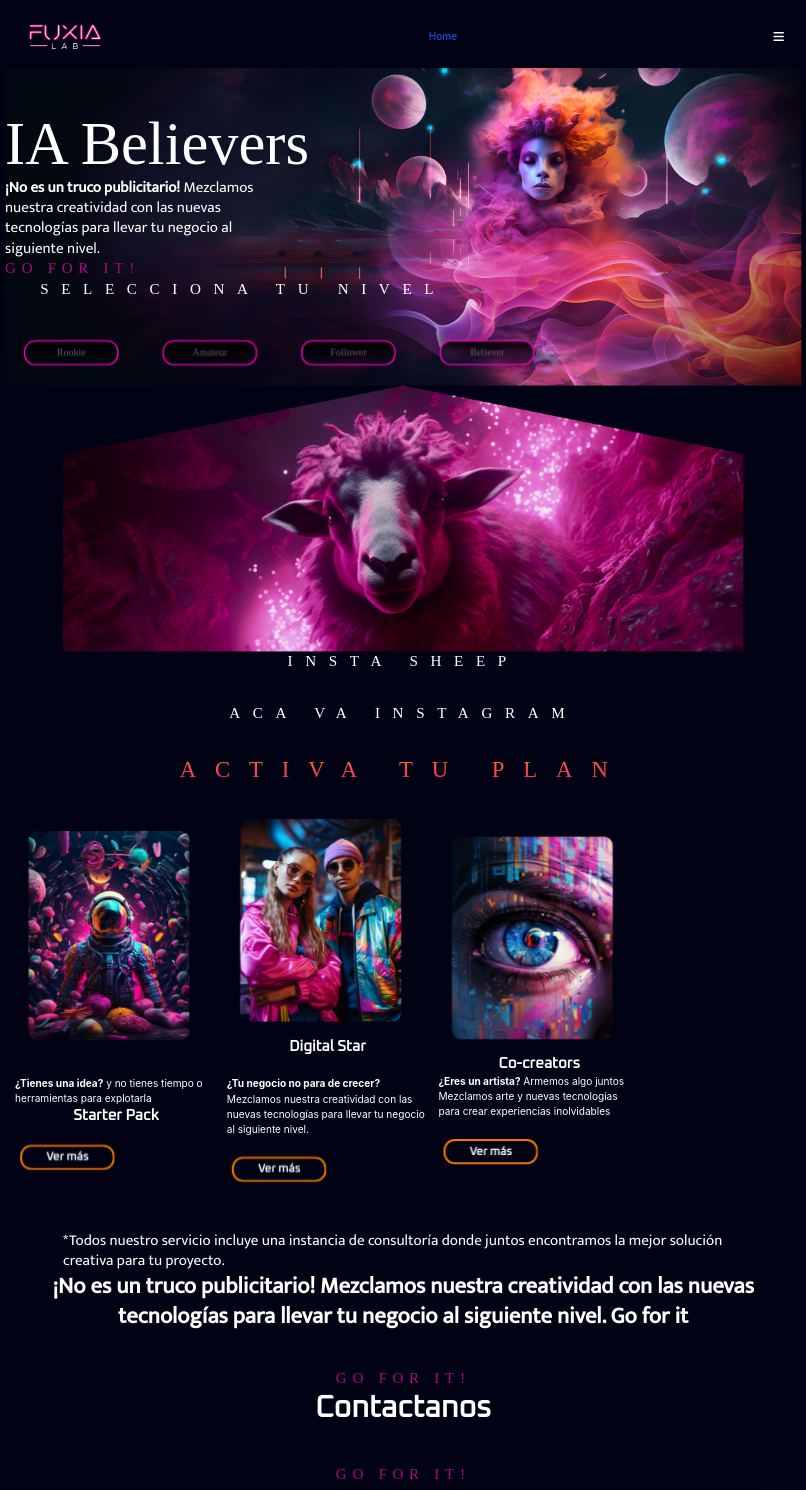
Repository: itsomosedison/tailwind-landing-page
Page: index.html
An editor plug-in stored every save of this project. The page is shown before and after the next save, followed by the edit.
The browser window is 1280 px wide. The pictures show the whole page, at 63% of full size.
Some web fonts or font styles are not loaded; a fallback is used.

Above is the page before, as saved 2023-09-30 20:07:11.

After the next save:
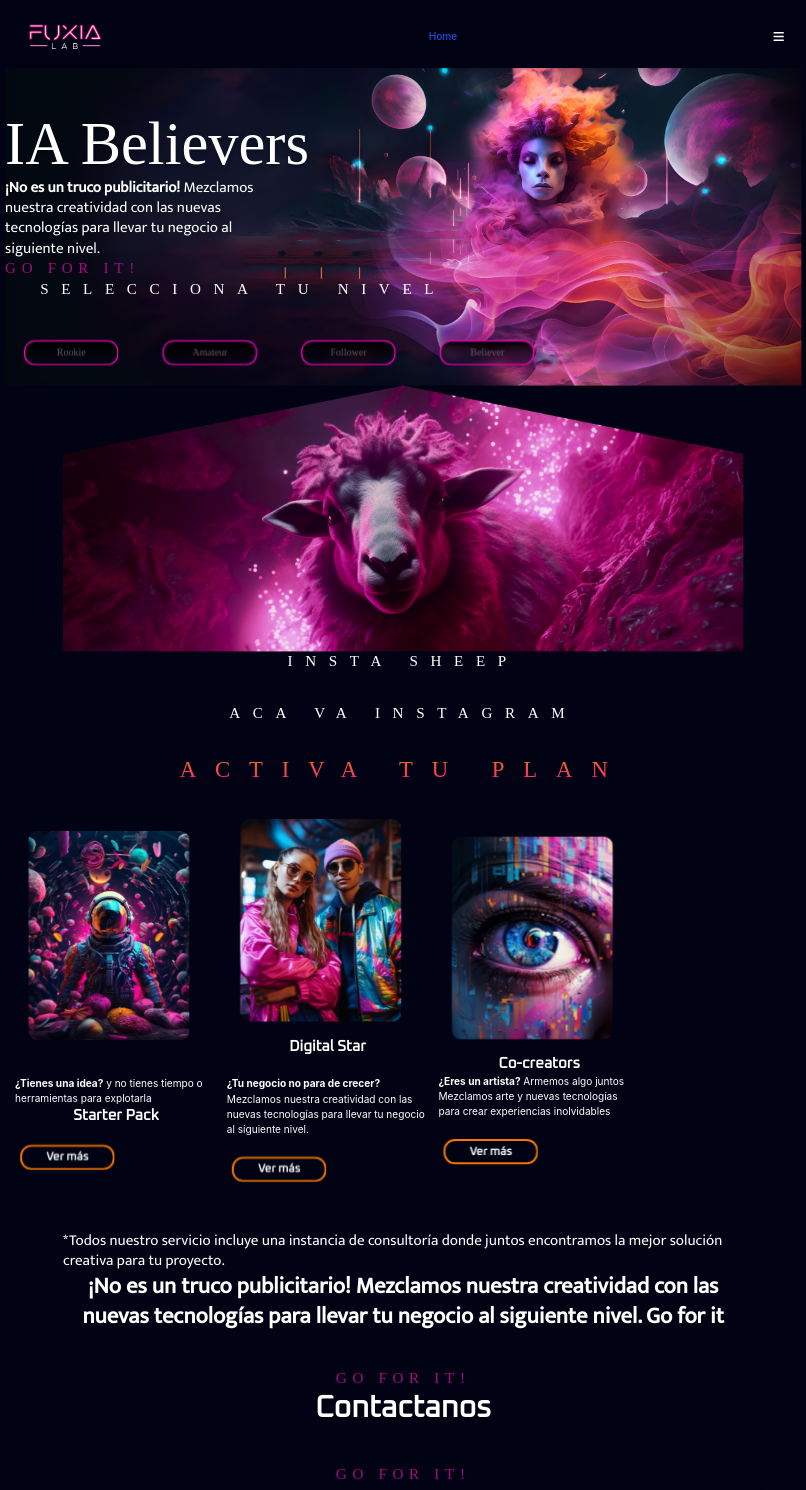
Saved 6 s later.
--- a/index.html
+++ b/index.html
@@ -104,13 +104,13 @@
                     <p class="FuxiaH2">*Todos nuestro servicio incluye una instancia de consultoría donde juntos encontramos la mejor solución creativa para tu proyecto.</p>
         </div>
 
-        <div class="containerFuxia flex-row">
+        <div class="containerFuxia flex-row" style="max-width:  1080px;align-items: center;">
 
                 <p class="quoteText">¡No es un truco publicitario! Mezclamos nuestra creatividad con las nuevas tecnologías para llevar tu negocio al siguiente nivel. Go for it</p>
                 <p class="FuxiaSpecialText" style="margin-top:60px">GO FOR IT!</p>
         </div>
 
-        <div class="containerFuxia flex-row">
+        <div class="containerFuxia flex-row" style="max-width:  1080px;align-items: center;">
                 <p class="contactenosH1">Contactanos</p>
                 <p class="FuxiaSpecialText" style="margin-top:60px">GO FOR IT!</p>
         </div>
